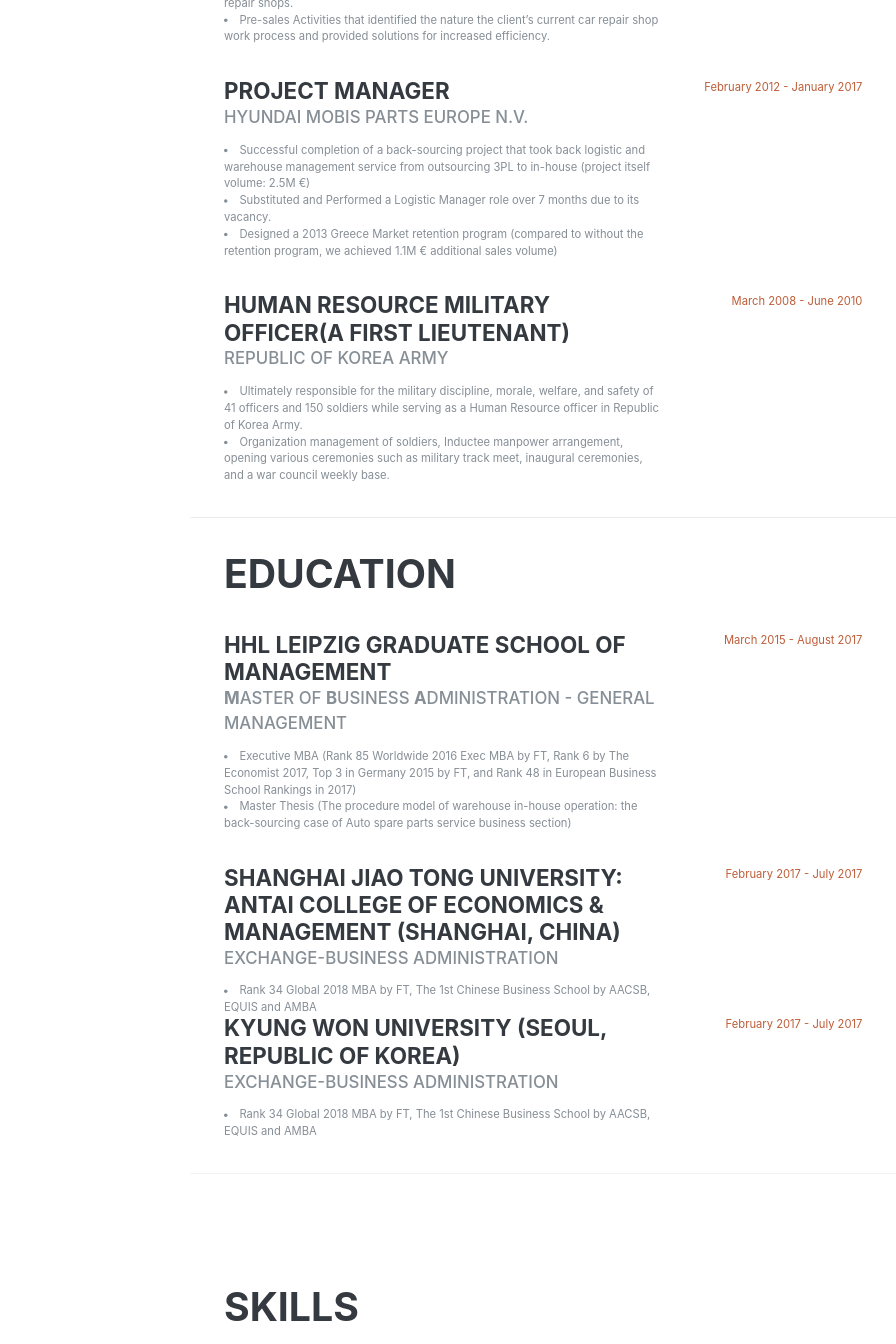
Repository: BeenOH/OHBIN.github.io
Page: index.html
The author's editor kept a record of every edit. The page is drawn from the files as they stood at one moment, then again after the next edit.
The browser window is 1280 px wide. The pictures show the part of the page from y = 1362 to 3282 px (the page is 5200 px tall), at 70% of full size.
Some web fonts or font styles are not loaded; a fallback is used.

Above is the page before.

After the next edit:
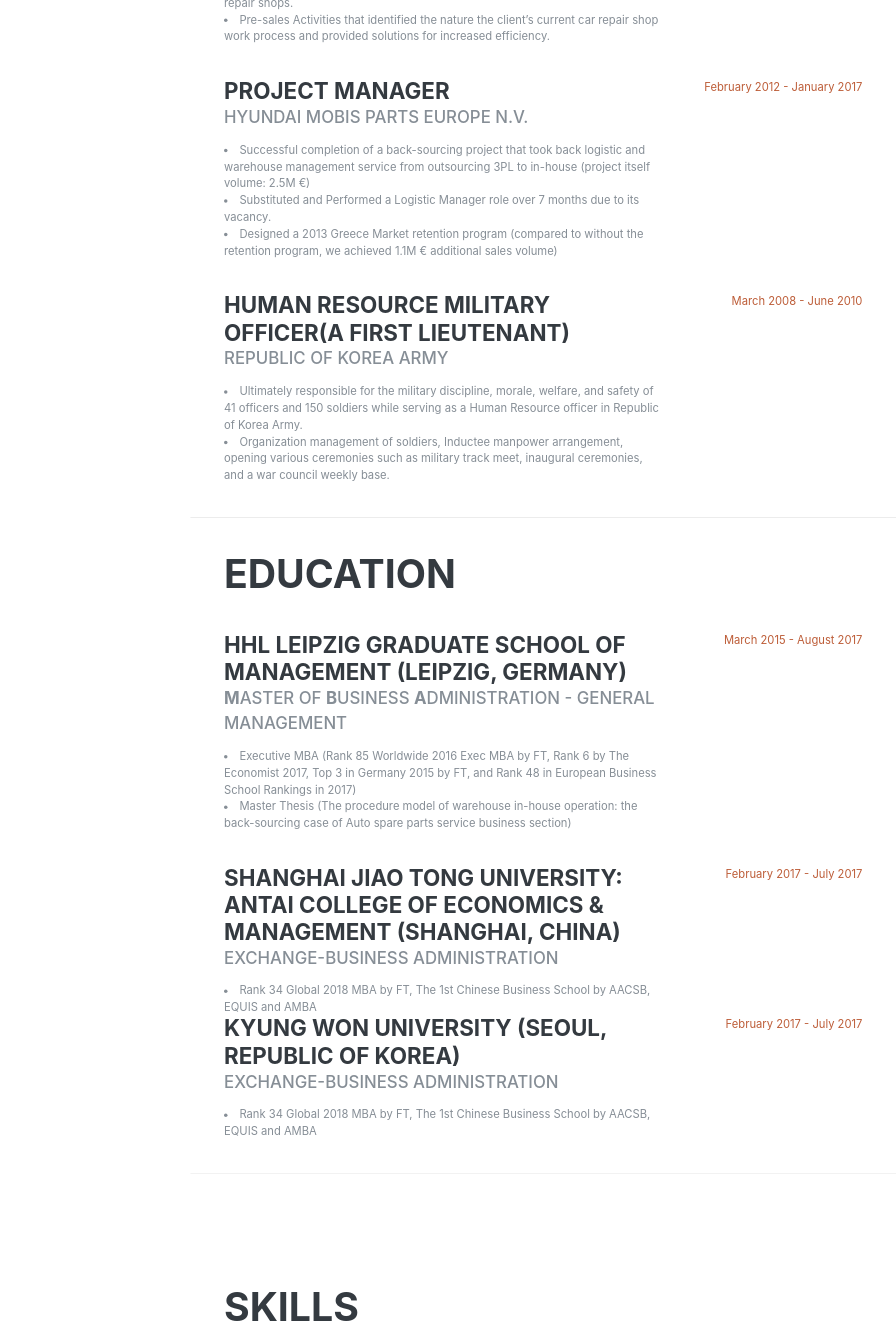
The edit:
--- a/index.html
+++ b/index.html
@@ -148,7 +148,7 @@
 
         <div class="resume-item d-flex flex-column flex-md-row justify-content-between mb-5">
           <div class="resume-content">
-            <h3 class="mb-0">HHL LEIPZIG GRADUATE SCHOOL OF MANAGEMENT</h3>
+            <h3 class="mb-0">HHL LEIPZIG GRADUATE SCHOOL OF MANAGEMENT (Leipzig, Germany)</h3>
             <div class="subheading mb-3"><b>M</b>aster of <b>B</b>usiness <b>A</b>dministration - General Management</div>
             <li>Executive MBA (Rank 85 Worldwide 2016 Exec MBA by FT, Rank 6 by The Economist 2017, Top 3 in Germany 2015 by FT, and Rank 48 in European Business School Rankings in 2017)</li>
             <li>Master Thesis (The procedure model of warehouse in-house operation: the back-sourcing case of Auto spare parts service business section)</li>
